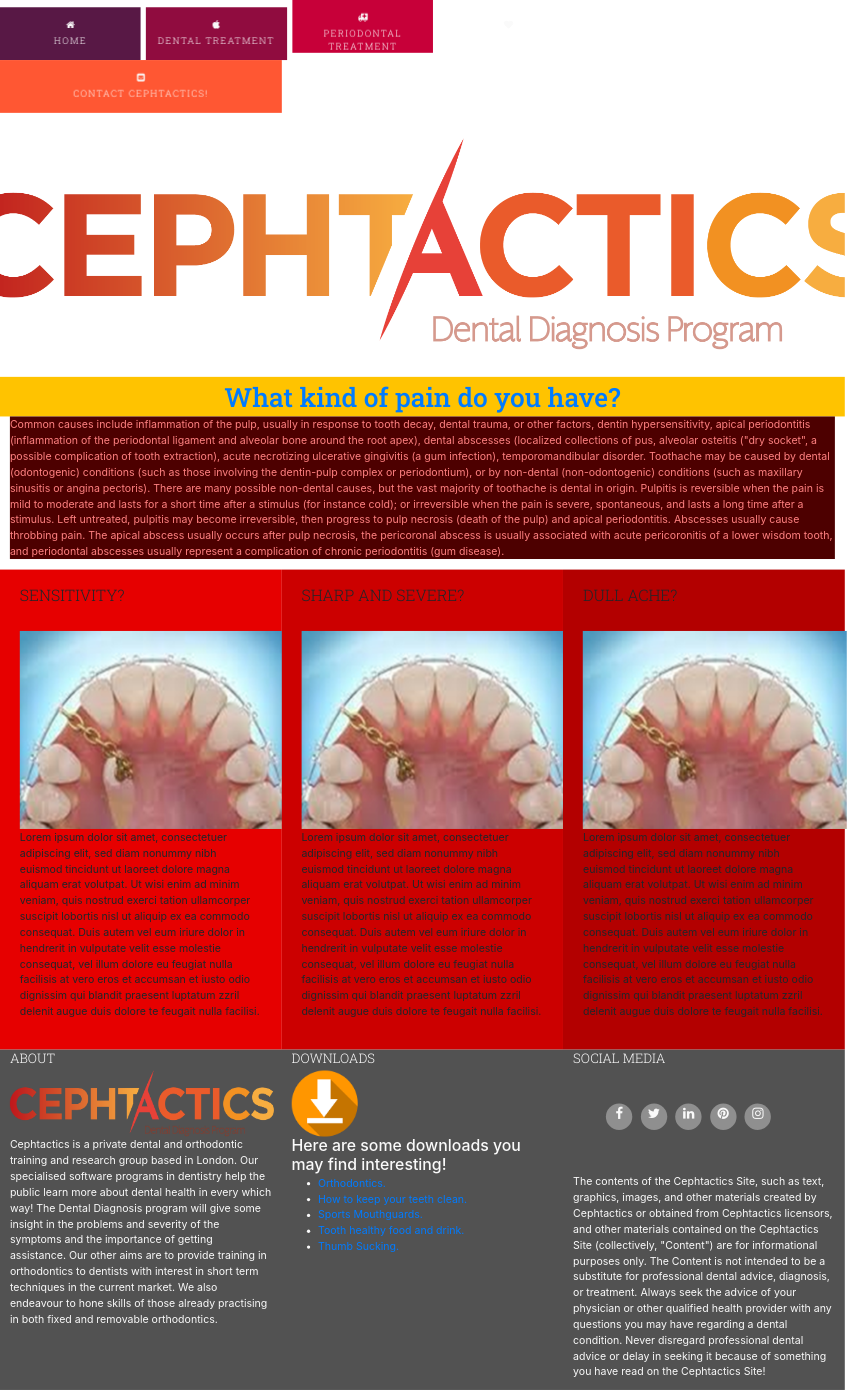
Repository: Code-Institute-Submissions/Rajjabbal-milestone-project
Page: 1dental.html
The author's editor kept a record of every edit. The page is drawn from the files as they stood at one moment, then again after the next edit.
The browser window is 1280 px wide. The page is 1283 px wide, so the pictures cover 1283 px, including what lies to the right of the window. The pictures show the whole page, at 66% of full size.
Some web libraries are served in a nearby version.

Above is the page before.

### 1dental.html
<!DOCTYPE html>
<html lang="en">

<head>
    <meta charset="UTF-8">
    <meta name="viewport" content="width=device-width, initial-scale=1.0">
    <meta http-equiv="X-UA-Compatible" content="ie=edge">
    <link rel="stylesheet" href="https://stackpath.bootstrapcdn.com/bootstrap/4.2.1/css/bootstrap.min.css" type="text/css" />
    <link rel="stylesheet" href="https://stackpath.bootstrapcdn.com/font-awesome/4.7.0/css/font-awesome.min.css" type="text/css" />
    <link rel="stylesheet" href="assets/css/style.css" type="text/css" />
    <link rel="stylesheet" href="https://cdnjs.cloudflare.com/ajax/libs/hover.css/2.3.1/css/hover-min.css" type="text/css" />
    <title>Milestone Project 1</title>
</head>

<body>
    <header>
        <div class="row no-gutters">
            <div class="col-md-12">
                <ul id="nav" class="list-inline menucontainer">
                    <li class="col-sm-2 ui-menu-color-home list-inline-item menuitem">
                        <a href="#" class="hvr-sweep-to-bottom"><i class="fa fa-home" aria-hidden="true"></i><span>Home</span>
                        </a>
                    </li>
                    <li class="col-sm-2 ui-menu-color-dental list-inline-item menuitem">
                        <a href="#" class="hvr-sweep-to-bottom"><i class="fa fa-apple" aria-hidden="true"></i><span>Dental Treatment</span>
                        </a>
                    </li>
                    <li class="col-sm-2 ui-menu-color-periodontal list-inline-item menuitem">
                        <a href="#" class="hvr-sweep-to-bottom"><i class="fa fa-ambulance" aria-hidden="true"></i><span>Periodontal Treatment</span>
                        </a>
                    </li>
                    <li class="col-sm-2 ui-menu-color-other list-inline-item menuitem">
                        <a href="#" class="hvr-sweep-to-bottom"><i class="fa fa-heart" aria-hidden="true"></i><span>Other Treatment</span>
                        </a>
                    </li>
                    <li class="col-sm-4 ui-menu-color-contact list-inline-item menuitem">
                        <a href="#" class="hvr-sweep-to-bottom"><i class="fa fa-envelope-square" aria-hidden="true"></i><span>Contact Cephtactics!</span>
                        </a>
                    </li>
                </ul>
            </div>
        </div>
        <div class="row no-gutters">
            <a href="index.html" class="col-md-12 logo"></a>
        </div>
        <div class="row no-gutters bg-color-question">
            <div class="col-md-12 question">
                <a href="question"> What kind of pain do you have?</a>
            </div>
        </div>

    </header>

    <section class="container-fluid">
        <div class="blurb">
            <p>Common causes include inflammation of the pulp, usually in response to tooth decay, dental trauma, or other factors, dentin hypersensitivity, apical periodontitis (inflammation of the periodontal ligament and alveolar bone around the root
                apex), dental abscesses (localized collections of pus, alveolar osteitis ("dry socket", a possible complication of tooth extraction), acute necrotizing ulcerative gingivitis (a gum infection), temporomandibular disorder. Toothache may
                be caused by dental (odontogenic) conditions (such as those involving the dentin-pulp complex or periodontium), or by non-dental (non-odontogenic) conditions (such as maxillary sinusitis or angina pectoris). There are many possible non-dental
                causes, but the vast majority of toothache is dental in origin. Pulpitis is reversible when the pain is mild to moderate and lasts for a short time after a stimulus (for instance cold); or irreversible when the pain is severe, spontaneous,
                and lasts a long time after a stimulus. Left untreated, pulpitis may become irreversible, then progress to pulp necrosis (death of the pulp) and apical periodontitis. Abscesses usually cause throbbing pain. The apical abscess usually occurs
                after pulp necrosis, the pericoronal abscess is usually associated with acute pericoronitis of a lower wisdom tooth, and periodontal abscesses usually represent a complication of chronic periodontitis (gum disease).
            </p>
        </div>

        <div class="row">
            <div class="col-md-4 bg-color-dental section-column">
                <h4 class="section-heading uppercase">Sensitivity?</h4>
                <img src="./assets/images/Image.png" alt="Italian Trulli" style="width:400px; height:300px;">
                <p class="inline-block">Lorem ipsum dolor sit amet, consectetuer adipiscing elit, sed diam nonummy nibh euismod tincidunt ut laoreet dolore magna aliquam erat volutpat. Ut wisi enim ad minim veniam, quis nostrud exerci tation ullamcorper suscipit lobortis nisl
                    ut aliquip ex ea commodo consequat. Duis autem vel eum iriure dolor in hendrerit in vulputate velit esse molestie consequat, vel illum dolore eu feugiat nulla facilisis at vero eros et accumsan et iusto odio dignissim qui blandit praesent
                    luptatum zzril delenit augue duis dolore te feugait nulla facilisi.</p>
            </div>
            <div class="col-md-4 bg-color-periodontal section-column">
                <h4 class="section-heading uppercase">Sharp and Severe?</h4>
                <img src="./assets/images/Image.png" alt="Italian Trulli" style="width:400px; height:300px;">
                <p class="inline-block">Lorem ipsum dolor sit amet, consectetuer adipiscing elit, sed diam nonummy nibh euismod tincidunt ut laoreet dolore magna aliquam erat volutpat. Ut wisi enim ad minim veniam, quis nostrud exerci tation ullamcorper suscipit lobortis nisl
                    ut aliquip ex ea commodo consequat. Duis autem vel eum iriure dolor in hendrerit in vulputate velit esse molestie consequat, vel illum dolore eu feugiat nulla facilisis at vero eros et accumsan et iusto odio dignissim qui blandit praesent
                    luptatum zzril delenit augue duis dolore te feugait nulla facilisi.</p>
            </div>
            <div class="col-md-4 bg-color-other section-column">
                <h4 class="section-heading uppercase">Dull Ache?</h4>
                <img src="./assets/images/Image.png" alt="Italian Trulli" style="width:400px; height:300px;">
                <p class="inline-block">Lorem ipsum dolor sit amet, consectetuer adipiscing elit, sed diam nonummy nibh euismod tincidunt ut laoreet dolore magna aliquam erat volutpat. Ut wisi enim ad minim veniam, quis nostrud exerci tation ullamcorper suscipit lobortis nisl
                    ut aliquip ex ea commodo consequat. Duis autem vel eum iriure dolor in hendrerit in vulputate velit esse molestie consequat, vel illum dolore eu feugiat nulla facilisis at vero eros et accumsan et iusto odio dignissim qui blandit praesent
                    luptatum zzril delenit augue duis dolore te feugait nulla facilisi.</p>
            </div>
        </div>

    </section>

    <footer class="container-fluid">
        <div class="row">
            <div class="col-sm-4">
                <h5 class="uppercase general-sub">About</h5>
                <img src="./assets/images/CEP-Logo DENTAL.png" alt="Italian Trulli" style="width:400px; height:100px;">
                <p class="inline-block">
                    Cephtactics is a private dental and orthodontic training and research group based in London. Our specialised software programs in dentistry help the public learn more about dental health in every which way! The Dental Diagnosis program will give some
                    insight in the problems and severity of the symptoms and the importance of getting assistance. Our other aims are to provide training in orthodontics to dentists with interest in short term techniques in the current market. We also
                    endeavour to hone skills of those already practising in both fixed and removable orthodontics.
                </p>
            </div>
            <div class="col-sm-4">
                <h5 class="uppercase general-sub">Downloads</h5>
                <img src="./assets/images/Download.jpg" alt="Italian Trulli" style="width:100px; height:100px;">
                <h4 class="download">Here are some downloads you may find interesting!
                </h4>
                <ul class="inline-block">
                    <li>
                        <a href="https://view.publitas.com/british-orthodontic-society/orthotreatmentfebruary2019/page/1" target="_blank" class="link1">
                        <span>Orthodontics.</span>
                    </a>
                    </li>
                    <li>
                        <a href="https://view.publitas.com/british-orthodontic-society/oralhealthmarch2019/page/1" target="_blank" class="link2">
                        <span>How to keep your teeth clean.</span>
                    </a>
                    </li>
                    <li>
                        <a href="https://view.publitas.com/british-orthodontic-society/mouthguardsmarch2019/page/1" target="_blank" class="link3">
                        <span>Sports Mouthguards.</span>
                    </a>
                    </li>
                    <li>
                        <a href="https://view.publitas.com/british-orthodontic-society/food-and-drinkmarch2019/page/1" target="_blank" class="link4">
                        <span>Tooth healthy food and drink.</span>
                    </a>
                    </li>
                    <li>
                        <a href="https://view.publitas.com/british-orthodontic-society/digitsmarch2019/page/1" target="_blank" class="link5">
                        <span>Thumb Sucking.</span>
                    </a>
                    </li>
                </ul>
            </div>
            <div class="col-sm-4">
                <h5 class="uppercase general-sub">Social Media</h5>
                <ul class="list-inline social-links">
                    <li class="list-inline-item">
                        <a target="_blank" href="#">
                            <i class="fa fa-facebook" aria-hidden="true"></i>
                            <span class="sr-only">Facebook</span>
                        </a>
                    </li>
                    <li class="list-inline-item">
                        <a target="_blank" href="#">
                            <i class="fa fa-twitter" aria-hidden="true"></i>
                            <span class="sr-only">Twitter</span>
                        </a>
                    </li>
                    <li class="list-inline-item">
                        <a target="_blank" href="#">
                            <i class="fa fa-linkedin" aria-hidden="true"></i>
                            <span class="sr-only">Linkedin</span>
                        </a>
                    </li>
                    <li class="list-inline-item">
                        <a target="_blank" href="#">
                            <i class="fa fa-pinterest" aria-hidden="true"></i>
                            <span class="sr-only">Pinterest</span>
                        </a>
                    </li>
                    <li class="list-inline-item">
                        <a target="_blank" href="#">
                            <i class="fa fa-instagram" aria-hidden="true"></i>
                            <span class="sr-only">Instagram</span>
                        </a>
                    </li>
                </ul>
                <p class="inline-block">The contents of the Cephtactics Site, such as text, graphics, images, and other materials created by Cephtactics or obtained from Cephtactics licensors, and other materials contained on the Cephtactics Site (collectively, "Content") are
                    for informational purposes only. The Content is not intended to be a substitute for professional dental advice, diagnosis, or treatment. Always seek the advice of your physician or other qualified health provider with any questions
                    you may have regarding a dental condition. Never disregard professional dental advice or delay in seeking it because of something you have read on the Cephtactics Site!</p>
            </div>

        </div>

    </footer>

</body>

</html>

### assets/css/style.css
@import url('https://fonts.googleapis.com/css?family=Roboto+Slab:100,200,300,400,500,600,700');

/*-----colors-----*/

.bg-color-question {
    background-color: #FFC300;

}

.ui-menu-color-home {
    background-color: RGB(88, 24, 69);
}

.ui-menu-color-dental {
    background-color: RGB(144, 12, 63);
}

.ui-menu-color-periodontal {
    background-color: RGB(199, 0, 57);
}

.ui-menu-color-contact {
    background-color: RGB(255, 87, 51);
}

.ui-menu-color-statement {
    background-color: RGB(23, 32, 42);
}

.bg-color-dental {
    background-color: #e60000;
}
.bg-color-periodontal {
    background-color: #cc0000;
}
.bg-color-other {
    background-color: #b30000;
}

/*-----Special paddings/margins/text-----*/

h1,
h2,
h3,
h4 {
    margin: 0;
}

.uppercase {
    text-transform: uppercase;

}

.general-sub {
    font-family: "Roboto Slab", sans-serif;
    font-weight: 300;
    color: #fafafa;
}

.inline-block {
    display: inline-block;
}

.row-table {
    display: table;
}

.section-column {
    display: table-cell;
    padding: 0 30px 30px;
    float: none;
}

.section-heading {
    font-family: "Roboto Slab", sans-serif;
    font-weight: 300;
    margin-top: 25px;
    margin-bottom: 40px;
}

/*-----heading-----*/

header {
    margin: 0px;
}

.list-inline-item:not(:last-child) {
    max-height: 80px;

}

.menucontainer {
    font-size: 0;

}

#nav {
    margin: 0;
}

#nav li {
    font-size: 14px;
    font-family: "Roboto Slab", sans-serif;
    color: #DAF7A6;
    padding: 0;
}

.menuitem {
    height: 80px;
    text-align: center;
}

.menuitem a {
    width: 100%;
    text-decoration: none;
    color: #fff;
}

.menuitem a i {
    padding-top: 20px;
    display: block;
    color: #fafafa;
}

.menuitem span {
    display: block;
    width: 100%;
    padding-top: 5px;
    text-align: center;
    text-transform: uppercase;
    font-size: 14px;
    font-weight: 300;
    letter-spacing: 2px;
}

.logo {
    background: url("../images/CEP-Logo DENTAL.png");
    background-position: center;
    background-repeat: no-repeat;
    background-size: 1400px;
    min-height: 400px;
    padding: 0px;
    transition: all .5s ease-in-out;
    -moz-transition: all .5s ease-in-out;
    -webkit-transition: all .5s ease-in-out;
}

.picture {
    background: url("../images/BK.jpg");
    background-position: center;
    background-repeat: no-repeat;
    background-size: cover;
    min-height: 240px;
    transition: all .5s ease-in-out;
    -moz-transition: .5s ease-in-out;
    -webkit-transition: .5s ease-in-out;
}

.question {
    font-family: "Roboto Slab", sans-serif;
    font-weight: 500;
    font-size: 40px;
    margin: 0px;
    color: #ffffff;
    text-align: center;
}

/*-----hover.css-----*/

.hvr-sweep-to-bottom:before {
    background: rgba(0, 0, 0, 1);
    height: 80px;
}

/*-----section-----*/

.blurb {
    background-color: #4d0000;
    min-height: 200px;
    padding: 0;
    color: #ff8080;
}




/*-----footer-----*/

footer {
    background-color: #525252;
    color: #fafafa;
    min-height: 180px;
    margin: 0;
}

.social-links {
    padding: 50px;
}

.social-links li a i {
    width: 40px;
    height: 40px;
    padding: 12px 0;
    border-radius: 50%;
    font-size: 20px;
    line-height: 7px;
    text-align: center;
    color: #fafafa;
    background: #8f8f8f;
    transition: all 0.35s ease-in-out;
    -moz-transition: all 0.35s ease-in-out;
    -webkit-transition: all 0.35s ease-in-out;
    -o-transition: all 0.35s ease-in-out;
}

.social-links li a i:hover {
    background: #e84610;
}

#footer-details {
    padding: 20px;
}

After the next edit:
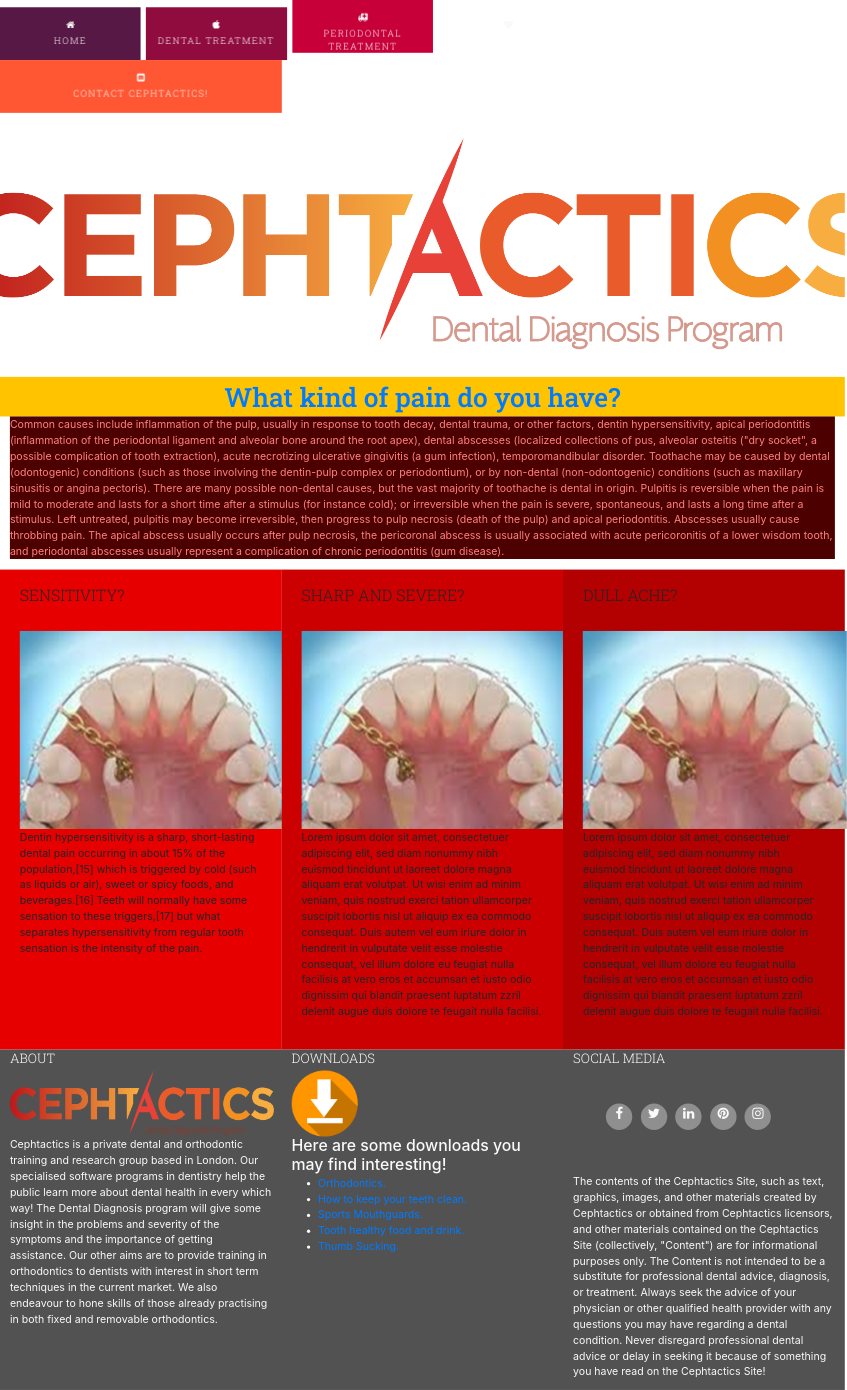
The edit:
--- a/1dental.html
+++ b/1dental.html
@@ -66,9 +66,8 @@
             <div class="col-md-4 bg-color-dental section-column">
                 <h4 class="section-heading uppercase">Sensitivity?</h4>
                 <img src="./assets/images/Image.png" alt="Italian Trulli" style="width:400px; height:300px;">
-                <p class="inline-block">Lorem ipsum dolor sit amet, consectetuer adipiscing elit, sed diam nonummy nibh euismod tincidunt ut laoreet dolore magna aliquam erat volutpat. Ut wisi enim ad minim veniam, quis nostrud exerci tation ullamcorper suscipit lobortis nisl
-                    ut aliquip ex ea commodo consequat. Duis autem vel eum iriure dolor in hendrerit in vulputate velit esse molestie consequat, vel illum dolore eu feugiat nulla facilisis at vero eros et accumsan et iusto odio dignissim qui blandit praesent
-                    luptatum zzril delenit augue duis dolore te feugait nulla facilisi.</p>
+                <p class="inline-block">Dentin hypersensitivity is a sharp, short-lasting dental pain occurring in about 15% of the population,[15] which is triggered by cold (such as liquids or air), sweet or spicy foods, and beverages.[16] Teeth will normally have some sensation
+                    to these triggers,[17] but what separates hypersensitivity from regular tooth sensation is the intensity of the pain.</p>
             </div>
             <div class="col-md-4 bg-color-periodontal section-column">
                 <h4 class="section-heading uppercase">Sharp and Severe?</h4>
